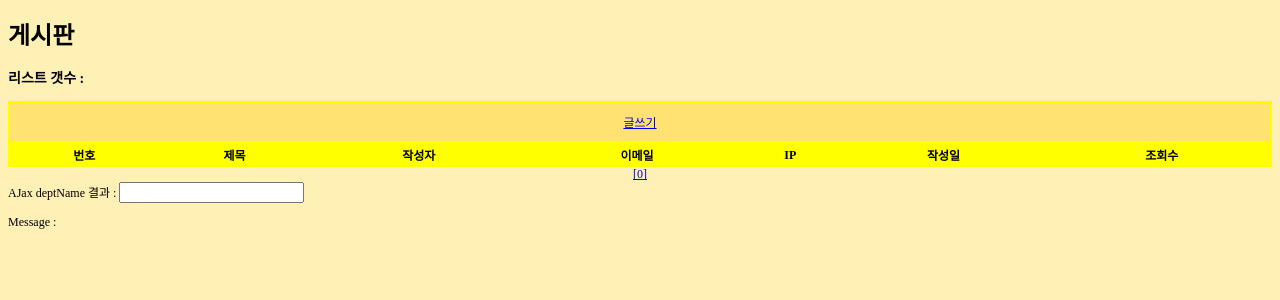
Repository: SongHyeSun/JSP
Page: http://localhost/och16/list.jsp
An editor plug-in stored every save of this project. The page is shown before and after the next save, followed by the edit.
The browser window is 1280 px wide. The pictures show the whole page.
The page is served by Tomcat 10. The template is opened directly, without the code that normally fills it, so the values that code supplies are empty.

Above is the page before, as saved 2024-07-29 03:40:26.
Console error: SyntaxError: Unexpected identifier 'Tag'

After the next save:
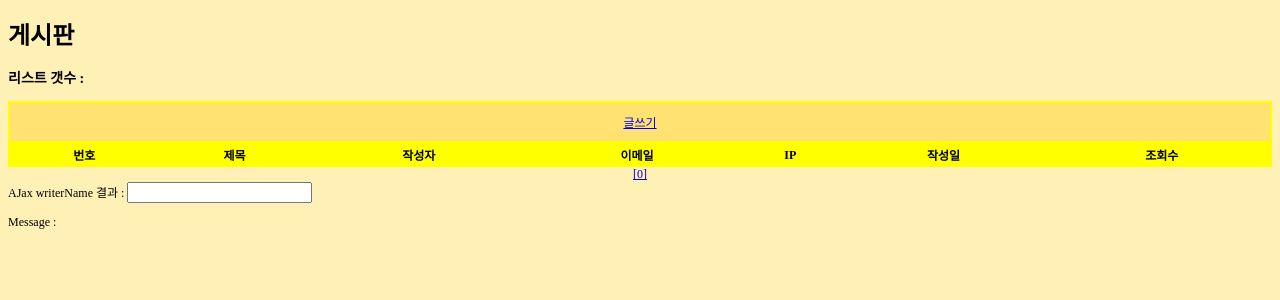
Saved 74 s later.
--- a/jspSrc17/och16/src/main/webapp/list.jsp
+++ b/jspSrc17/och16/src/main/webapp/list.jsp
@@ -96,7 +96,7 @@
 		</c:if>
 	</div>
 
-	AJax deptName 결과 :  <input type="text" id="deptName"  readonly="readonly"><p>
+	AJax writerName 결과 :  <input type="text" id="writerName"  readonly="readonly"><p>
     Message           :  <span id="msg"></span><p>
 </body>
 </html>
